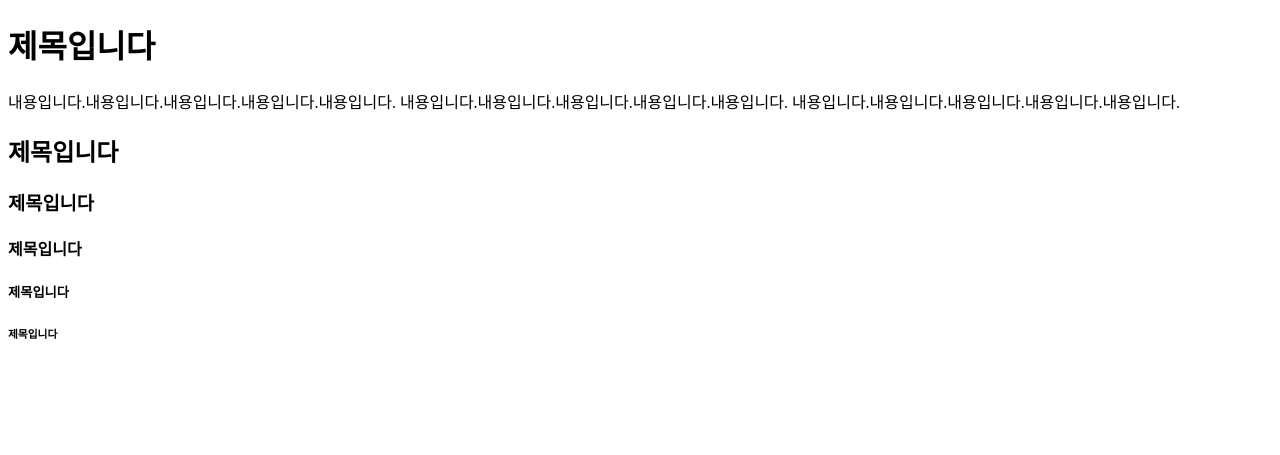
Repository: sujin9335/Front-end
Page: ClientTest/src/main/webapp/html/ex07_heading.html
The author's editor kept a copy of each file at every save. The page is drawn from the files as they stood at one save, then again after the next save.
The browser window is 1280 px wide. The pictures show the whole page.

Above is the page before, as saved 2023-09-20 00:24:32.

After the next save:
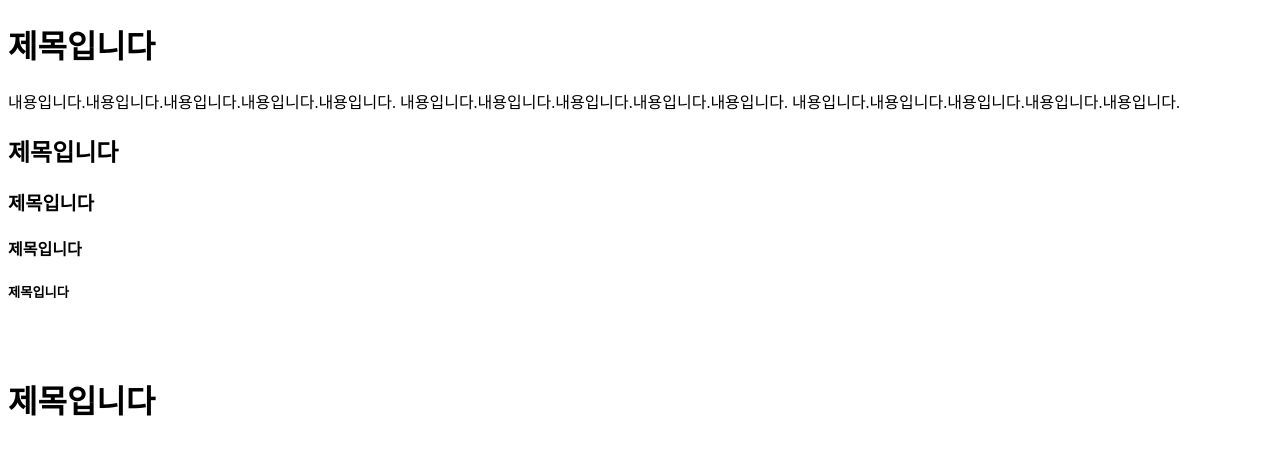
Saved 2 min 17 s later.
--- a/ClientTest/src/main/webapp/html/ex07_heading.html
+++ b/ClientTest/src/main/webapp/html/ex07_heading.html
@@ -15,6 +15,9 @@
 		- 쌍태그
 		- 혼합형
 
+		***** 태그의 출력 결과는 중요하지 않음 > 화면에 어떻게 보여지는지
+			그다지 중요하지 않다
+
 	-->
 
 
@@ -22,11 +25,12 @@
 	<p>내용입니다.내용입니다.내용입니다.내용입니다.내용입니다.
 	내용입니다.내용입니다.내용입니다.내용입니다.내용입니다.
 	내용입니다.내용입니다.내용입니다.내용입니다.내용입니다.</p>
+
 	<h2>제목입니다</h2>
 	<h3>제목입니다</h3>
 	<h4>제목입니다</h4>
 	<h5>제목입니다</h5>
-	<h6>제목입니다</h6>
+	<h6 style="font-size: 24pt">제목입니다</h6>
 
 
 </body>
